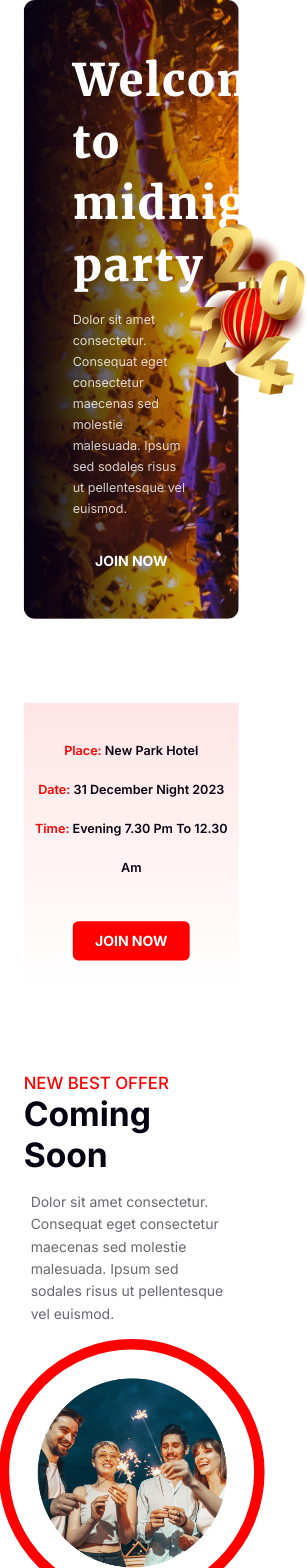
Repository: ShouravAhammed/simple-responsive-new-year
Page: index.html
An editor plug-in stored every save of this project. The page is shown before and after the next save, followed by the edit.
The browser window is 375 px wide. The page is 439 px wide, then 378 px, so the pictures cover 439 px, including what lies to the right of the window. The pictures show the part of the page from y = 0 to 2240 px (the page is 8232 px tall before and 8435 px after), at 70% of full size.

Above is the page before, as saved 2024-01-11 16:44:34.

### index.html
<!DOCTYPE html>
<html lang="en">
<head>
    <meta charset="UTF-8">
    <meta name="viewport" content="width=device-width, initial-scale=1.0">
    <!-- Title  -->
    <title>New Year 2024</title>
    <!-- favicon icon linked -->
    <link rel="shortcut icon" href="images/New Year Photo.png" type="image/x-icon">
    <!-- style css linked-->
    <link rel="stylesheet" href="Style/style.css">
</head>
<body>
    <!-- header part  -->
    <header class="hide">
        <!-- banner section part -->
        <section id="banner">
            <div class="container">
                <div class="banner-container">
                    <div class="banner-content">
                        <h3 class="celebration">Happy New Year</h3>
                        <h2 class="banner-title">New Year Party Celebration</h2>
                    </div>
                </div>
            </div>
        </section>
    </header>
    <!-- main part -->
    <main>
        <!-- categories section part  -->
            <section id="categories " class="hide">
                <div class="container">
                    <div class="categories-container">
                        <h2 class="categories-discount">65% OFF</h2>
                        <p class="primary-summery">OUR HOLIDAY DEALS ARE BETTER</p>
                        <h3 class="categories-title">ALL CATEGORIES</h3>
                        <div class="categories-img">
                            <img id="new-year-img" src="images/New Year Photo.png" alt="Happy New Year">
                        </div>
                    </div>
                </div>
            </section>

            <!-- party-banner section part -->
            <section id="party-banner">
                <div class="container">
                    <div class="party-container">
                        <div class="party-content">
                            <h2 class="party-title">Welcome to midnight party</h2>
                            <p class="party-description">Dolor sit amet consectetur. Consequat eget consectetur maecenas sed molestie malesuada. Ipsum sed sodales risus ut pellentesque vel euismod. </p>
                            <button id="join-now-btn">JOIN NOW</button>
                        </div>
                        <img class="party-img" src="images/icon/Group 70.png" alt="party-img">
                    </div>
                </div>
            </section>
            <!-- Announce section part -->
            <section id="announce">
                <div class="container">
                    <div class="announce-content">
                        <h4 class="announce-title"><span class="title-color">Place:</span> New Park Hotel</h4>
                        <h4 class="announce-title"><span class="title-color">Date:</span> 31 December Night 2023</h4>
                        <h4 class="announce-title"><span class="title-color">Time:</span> Evening 7.30 pm to 12.30 am</h4>
                        <button class="announce-btn">Join Now</button>
                    </div>
                </div>
            </section>
            <!-- best offer section part -->
            <section id="best-offer">
                <div class="container">
                    <div class="best-offer-container">
                        <div class="best-offer-content">
                            <p class="primary-summery">NEW BEST OFFER</p>
                            <h3 class="similer-title">Coming Soon</h3>
                            <p class="similer-description">Dolor sit amet consectetur. Consequat eget consectetur maecenas sed molestie malesuada. Ipsum sed sodales risus ut pellentesque vel euismod. </p>
                        </div>
                        <div class="best-offer-img-content">

                                <img class="best-offer-img" src="images/Ellipse 1.png" alt="best-offer-images">

                        </div>
                        <div class="best-offer-year-content">
                            <h3 class="best-offer-year">2024</h3>
                            <p class="best-offer-description">Dolor sit amet consectetur. Consequat eget consectetur maecenas sed.</p>
                            <img class="best-offer-year-img" src="images/icon/Group 96.png" alt="best-offer-year-img">
                        </div>
                    </div>
                </div>
            </section>
            <!-- holiday section part  -->
            <section id="holiday" >
                <div class="container">
                    <div class="holiday-container">
                        <div class="holiday-content">
                            <p class="primary-summery">WHAT IS FUNCTIONAL</p>
                        <h3 class="similer-title"><span class="title-color">Holidays</span> Sale 50%</h3>
                        <p class="similer-description">Dolor sit amet consectetur. Consequat eget consectetur maecenas sed molestie malesuada. Ipsum sed
                            sodales risus ut pellentesque vel euismod. Eleifend nunc purus quam id
                            fermentum amet amet sit consectetur.</p>
                        </div>
                        <div class="holiday-back-img">
                            <div class="holiday-gift-content">
                                <img src="images/icon/Group 75.png" alt="">
                            </div>
                            <div class="holiday-discount-content">
                                <img src="images/icon/Group 44.png" alt="">
                            </div>
                        </div>
                        <div class="holiday-bottom">
                            <img src="images/Rectangle 2.png" alt="">
                        </div>
                    </div>
                </div>
            </section>
            <!-- Portfolio section part -->

            <section id="portfolio">
                <div class="container">
                    <div class="portfolio-container">
                        <div class="portfolio-box">
                            <p class="primary-summery">THE BEST GIFTS</p>
                            <h3 class="similer-title">Our Awesome Portfolio</h3>
                            <p class="similer-description description-padd">Dolor sit amet consectetur. Consequat eget consectetur maecenas sed molestie malesuada. Ipsum sed sodales risus ut pellentesque vel euismod. </p>
                        </div>
                            <div class="portfolio-content">
                                <img class="portfolio-img" src="images/Portfolio images/Rectangle 3.png" alt="">
                                <img class="portfolio-img" src="images/Portfolio images/Rectangle 4.png" alt="">
                                <img class="portfolio-img" src="images/Portfolio images/Rectangle 5.png" alt="">
                            </div>
                            <div class="portfolio-content">
                                <img class="portfolio-img" src="images/Portfolio images/Rectangle 6.png" alt="">
                                <img class="portfolio-img" src="images/Portfolio images/Rectangle 7.png" alt="">
                                <img class="portfolio-img" src="images/Portfolio images/Rectangle 8.png" alt="">
                            </div>
                        </div>
                    </div>
            </section>
            <!-- newsletter section part -->
            <section id="newsletter">
                <div class="container">
                    <div class="news-container">
                        <div class="news-content">
                            <img src="images/icon/Group 61.png" alt="">
                            <h3 class="similer-title">Subscribe Newsletter</h3>
                            <p class="similer-description description-mar">Dolor sit amet consectetur. Consequat eget consectetur maecenas sed molestie malesuada. Ipsum sed sodales risus ut pellentesque vel euismod. </p>
                            <form class="form" action="">
                                <input type="email" placeholder="user@gmail.com" alt="email" id="">
                                <button class="subscribe-btn">Subscribe</button>
                            </form>
                        </div>

                    </div>
                </div>
            </section>
    </main>
    <!--  footer part -->
    <footer>
        <section id="footer">
            <div class="container">
                <div class="footer-describe-part line-color">
                    <div class="footer-address">
                        <p class="address-similer">44, Big Building Roosevelt Street</p>
                        <p class="address-similer">Beach Gardens Florida 33410</p>
                    </div>
                    <div class="footer-address">
                        <div class="call-icon">
                            <img src="images/icon/Call.png" alt="">
                            <a class="address-similer">+00 123 584 124</a>
                        </div>
                        <div class="website-icon">
                            <img src="images/icon/Website.png" alt="">
                            <a class="address-similer">www.website.com</a>
                        </div>
                    </div>
                </div>

                <div class="footer-social line-color">
                    <a href=""><img src="images/icon/Facebook.png" alt=""></a>
                    <a href=""><img src="images/icon/Instagram.png" alt=""></a>
                    <a href=""><img src="images/icon/Twitter.png" alt=""></a>
                    <a href=""><img src="images/icon/Linkedin.png" alt=""></a>
                </div>

                <div class="reserved">
                    <p>2017, All Rights Reserved.</p>
                    <p>Unsubscribe</p>
                </div>
            </div>
        </section>
    </footer>
</body>
</html>

### Style/style.css
/* import google fonts */
@import url('https://fonts.googleapis.com/css2?family=Inter:wght@100;200;300;400;500;600;700;800;900&family=Merriweather:ital,wght@0,300;0,400;0,700;0,900;1,300;1,400;1,700;1,900&display=swap');

*{
    margin: 0;
    padding: 0;
    outline: 0;
}

.container{
    width: 82%;
    margin: 0 auto;
}
/* primary content */
.primary-summery{
    font-family: Inter;
    font-size: 24px;
    font-style: normal;
    font-weight: 500;
    color: #F00;
    line-height: normal;
}
/* title-color */
.title-color{
    color: #F00;
}
/* banner section related css style */
#banner{
    margin-top: 30px;
}
.banner-container{
    background-image: linear-gradient(180deg, #070211 0%, rgba(7, 2, 17, 0.00) 100%), url(../images/Banner\ Image.png);
    background-size: cover;
    background-repeat: no-repeat;
    background-position: center;
    border-radius: 16px;
    padding: 177px 0px;
}
.banner-container .banner-content{
    width: 632px;
    margin: 0 auto;
}
.banner-container .banner-content .celebration{
    color: #FFF;
    text-align: center;
    font-family: Merriweather;
    font-size: 32px;
    font-style: normal;
    font-weight: 400;
    line-height: normal;
    margin-bottom: 16px;
    z-index: 99;
}
.banner-container .banner-content .banner-title{
    color: #FFF;
    text-align: center;
    font-family: Merriweather;
    font-size: 72px;
    font-style: normal;
    font-weight: 900;
    line-height: 95px;
}
/* categories section related css style */

#categories{
    margin: 120px 0px;
}
.categories-container{
    text-align: center;
}
.categories-container .categories-discount{
    font-family: Inter;
    font-size: 88px;
    font-style: normal;
    font-weight: 700;
    color: #F00;
    line-height: normal;
    margin-bottom: 48px;
}

.categories-title{
    font-family: Inter;
    font-size: 48px;
    font-style: normal;
    font-weight: 700;
    color: #070211;
    line-height: normal;
    margin-bottom: 48px;
}
.categories-container .categories-img{
    width: 800px;
    margin: 0 auto;
}
.categories-img #new-year-img{
    max-width: 100%;
}

/* party-banner section css style  */
#party-banner{

}
.party-container{
    background-image: linear-gradient(90deg, #070211 0%, rgba(7, 2, 17, 0.00) 100%), url(../images/Vectorrr.png);
    background-position: center;
    background-repeat: no-repeat;
    background-size: cover;
    display: flex;
    align-items: center;
    justify-content: space-between;
    border-radius: 16px;
    padding: 70px 70px;
}
.party-container .party-content{
    width: 900px;
}
.party-content .party-title{
    font-family: Merriweather;
    font-size: 64px;
    font-style: normal;
    font-weight: 900;
    color: #FFF;
    line-height: 88px;
    letter-spacing: 3px;
}
.party-content .party-description{
    font-family: Inter;
    font-size: 18px;
    font-style: normal;
    font-weight: 400;
    color: rgba(255, 255, 255, 0.80);
    line-height: 30px;
    margin-top: 20px;
}
#join-now-btn{
    font-family: Inter;
    font-size: 20px;
    font-style: normal;
    font-weight: 700;
    color: #FFF;
    background: transparent;
    line-height: normal;
    text-transform: uppercase;
    border: none;
    cursor: pointer;
    margin-top: 48px;
    margin-left: 32px;
}
.party-container .party-img{
    width: 270px;
    max-width: 100%;
}

/* Announce section css style */

#announce{
    margin: 120px 0px;
}
.announce-content{
    background: linear-gradient(180deg, rgba(255, 0, 0, 0.10) 0%, rgba(255, 0, 0, 0.00) 100%);
    padding: 100px 0;
    text-align: center;
}
.announce-content .announce-title{
    color: #070211;
    font-family: Inter;
    font-size: 32px;
    font-style: normal;
    font-weight: 600;
    line-height: 56px;
    text-transform: capitalize;
}
.announce-btn{
    font-family: Inter;
    font-size: 20px;
    font-style: normal;
    font-weight: 700;
    line-height: normal;
    color: #FFF;
    text-align: center;
    text-transform: uppercase;
    border-radius: 8px;
    background: #F00;
    padding: 16px 32px;
    border: none;
    cursor: pointer;
    transition: all ease 0.5s;
    margin-top: 48px;
}
.announce-btn:hover{
    background: #fff;
    color: #f00;
    outline: 1px solid #F00;
}
/* best-offer section style css */
#best-offer{
    margin-bottom: 128px;
}
.similer-title{
    font-family: Inter;
    font-size: 48px;
    font-style: normal;
    font-weight: 700;
    color: #070211;
    line-height: normal;
}
.similer-description{
    font-family: Inter;
    font-size: 20px;
    font-style: normal;
    font-weight: 400;
    color: rgba(7, 2, 17, 0.60);
    line-height: 32px;
    margin-top: 22px;
}
.best-offer-container{
    display: flex;
    align-items: center;
    gap: 20px;
}
.best-offer-content{
    width: 700px;
}
.best-offer-img-content{
    min-height: 350px;
    min-width: 350px;
    border: 15px solid #f00;
    border-radius: 50%;
    position: relative;
    position: relative;
}
.best-offer-img-content .best-offer-img{
    position: absolute;
    width: 270px;
    inset: 41px;
}
.best-offer-year-content .best-offer-year{
    font-family: Inter;
    font-size: 48px;
    font-style: normal;
    font-weight: 700;
    color: #F00;
    line-height: normal;
    margin-top: 65px;
}
.best-offer-year-content .best-offer-description{
    margin-top: 10px !important;

}
.best-offer-year-content{
    width: 500px;
}
.best-offer-year-content .best-offer-year-img{
    max-width: 140px;
    margin-top: 38px;
}


/*  portfolio section css style */
.portfolio-container{

}
.portfolio-container .description-padd{
    margin-bottom: 48px ;
}
.portfolio-container .portfolio-content{
    display: flex;
    align-items: center;
    justify-content: space-between;
    margin-top: 20px;
}
.portfolio-box{
    width: 896px;
}
.portfolio-container .portfolio-content .portfolio-img{
    max-width: 355px;
    transition: all ease 0.5s;
}
.portfolio-content .portfolio-img:hover{
    filter: grayscale(1);
    transform: scale(1.05);
}
/* newsletter section css style  */
#newsletter{
    margin: 128px 0px;
}
.news-container{
    border-radius: 16px;
    background: rgba(255, 0, 0, 0.05);
    padding: 80px 0px;
}
.news-content{
    width: 896px;
    margin: 0 auto;
    text-align: center;
}
.news-content img{
    width: 150px;
    height: 150px;
}
.form{
    width: 648px;
    height: 72px;
    display: flex;
    margin: 0 auto;
}
.form input{
    background: #fff;
    width: 438px;
    flex-grow: 1;
    color: rgba(7, 2, 17, 0.30);
    font-family: Inter;
    font-size: 18px;
    font-style: normal;
    font-weight: 400;
    line-height: normal;
    padding-top: 25px;
    padding-bottom: 25px;
    padding-left: 30px;
    border: none;
    border-radius: 50px 0px 0px 50px;
    outline: 1px transparent;
    transition: all ease 0.5s;
}
.form input:hover{
    outline: 1px solid #f00;
}
.form .subscribe-btn{
    color: #FFF;
    font-family: Inter;
    font-size: 20px;
    font-style: normal;
    font-weight: 600;
    line-height: normal;
    text-transform: capitalize;
    border-radius: 0px 50px 50px 0px;
    background: #F00;
    padding: 24px 56px;
    border: none;
    transition: all ease 0.5s;
}
.form .subscribe-btn:hover{
    outline: 1px solid #f00;
    background: #fff;
    color: #f00;
}
.description-mar{
    margin-bottom: 48px;
}
/* footer section part css style */

#footer{
    background: #070211;
    padding: 120px 0;
}
.line-color{
    border-bottom: 1px solid rgba(255, 255, 255, 0.15);
}
.footer-describe-part{
    display: flex;
    justify-content: space-between;
}
.footer-address{
    margin-bottom: 50px;
}
.footer-address .address-similer {
    color: #FFF;
    font-family: Inter;
    font-size: 24px;
    font-style: normal;
    font-weight: 500;
    line-height: 40px;
    text-decoration: none;
    cursor: pointer;
}
.call-icon, .website-icon{
    display: flex;
    align-items: center;
}
.call-icon img, .website-icon img{
    width: 24px;
    margin-right: 15px;
}

.footer-social{
    text-align: center;
    padding: 48px 0;
}
.footer-social a{
    width: 64px;
    margin-right: 24px;
}
.footer-social a:hover{
    filter: grayscale(1);
}

.reserved{
    display: flex;
    justify-content: space-between;
    align-items: center;
    margin-top: 50px;
}
.reserved p{
    color: #FFF;
    font-family: Inter;
    font-size: 24px;
    font-style: normal;
    font-weight: 500;
    line-height: normal;
}



/* holiday section css style */
#holiday{
    margin-bottom: 128px;
}
.holiday-container{
    text-align: center;
}
.holiday-container .holiday-content{
    width: 920px;
    margin: 0 auto;
}
.holiday-back-img{
    display: flex;
    align-items: center;
    margin-top: 48px;
    background-image: url(../images/Rectangle\ 1.png);
    background-repeat: no-repeat;
    background-size: contain;
    height: 60vh;
    background-position: bottom right;
}
.holiday-back-img .holiday-gift-content {
    width: 600px;
    position: relative;
    bottom: -110px;
    left: 50px;
}
.holiday-back-img .holiday-gift-content img{
    max-width: 100%;
}
.holiday-back-img .holiday-discount-content{
    width: 250px;
}
.holiday-back-img .holiday-discount-content img{
    max-width: 100%;
}
.holiday-bottom img{
    width: 100%;
}


/* responsive */
.hide{
    display: none;
}
@media screen and (max-width: 576px){
    .similer-description {
        padding: 0px 10px;
    }
    .news-content, .portfolio-box, .form, .form input {
        width:  100%;
    }
    .form .subscribe-btn {
        padding: 24px 20px;
    }
    .best-offer-container, .best-offer-container, .portfolio-container .portfolio-content, .footer-describe-part {
        flex-direction: column;
    }
    .footer-social a {
        margin-right: 10px;
    }
    .reserved {
        margin-top: 50px;
        flex-direction: column;
    }
    .portfolio-container .portfolio-content .portfolio-img {
        width: 100%;
    }
    .portfolio-container .portfolio-content {
        gap: 20px;
    }
    .holiday-container .holiday-content {
        width: 100%;
    }
    .holiday-back-img {
        height: 38vh;
    }
    .best-offer-content, .best-offer-year-content {
        width: 100%;
    }
    .announce-content {
        padding: 40px 0;
    }
    .announce-content .announce-title {
        font-size: 18px;
        font-weight: 600;
    }
    .party-container .party-content {
        width: 100%;
    }
    .party-container .party-img {
        width: 100%;
    }
}

After the next save:
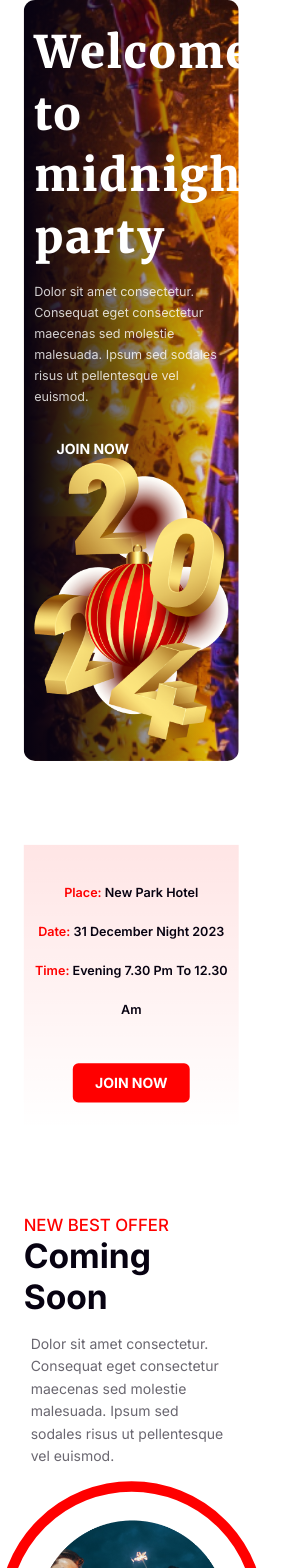
Saved 76 s later.
--- a/Style/style.css
+++ b/Style/style.css
@@ -500,6 +500,10 @@
     .party-container .party-content {
         width: 100%;
     }
+    .party-container {
+        flex-direction: column;
+        padding: 30px 15px;
+    }
     .party-container .party-img {
         width: 100%;
     }
